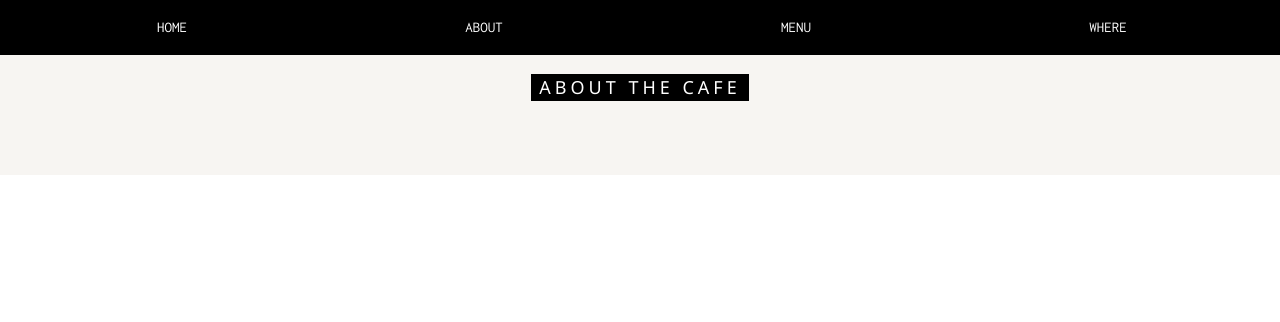
Repository: MylesTobin/is1113117401966
Page: EBusiness/cloudhome.html
The author's editor kept a record of every edit. The page is drawn from the files as they stood at one moment, then again after the next edit.
The browser window is 1280 px wide. The pictures show the whole page.

Above is the page before.

After the next edit:
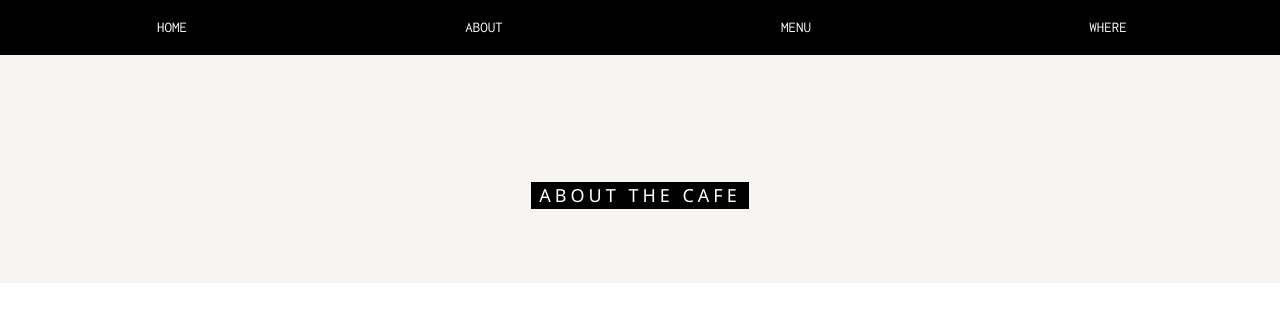
The edit:
--- a/EBusiness/cloudhome.html
+++ b/EBusiness/cloudhome.html
@@ -38,6 +38,7 @@
 <div class="w3-sand w3-grayscale w3-large">
 
 <!-- About Container -->
+<br><br><br><br>
 <div class="w3-container" id="about">
   <div class="w3-content" style="max-width:700px">
     <h5 class="w3-center w3-padding-64"><span class="w3-tag w3-wide">ABOUT THE CAFE</span></h5>
